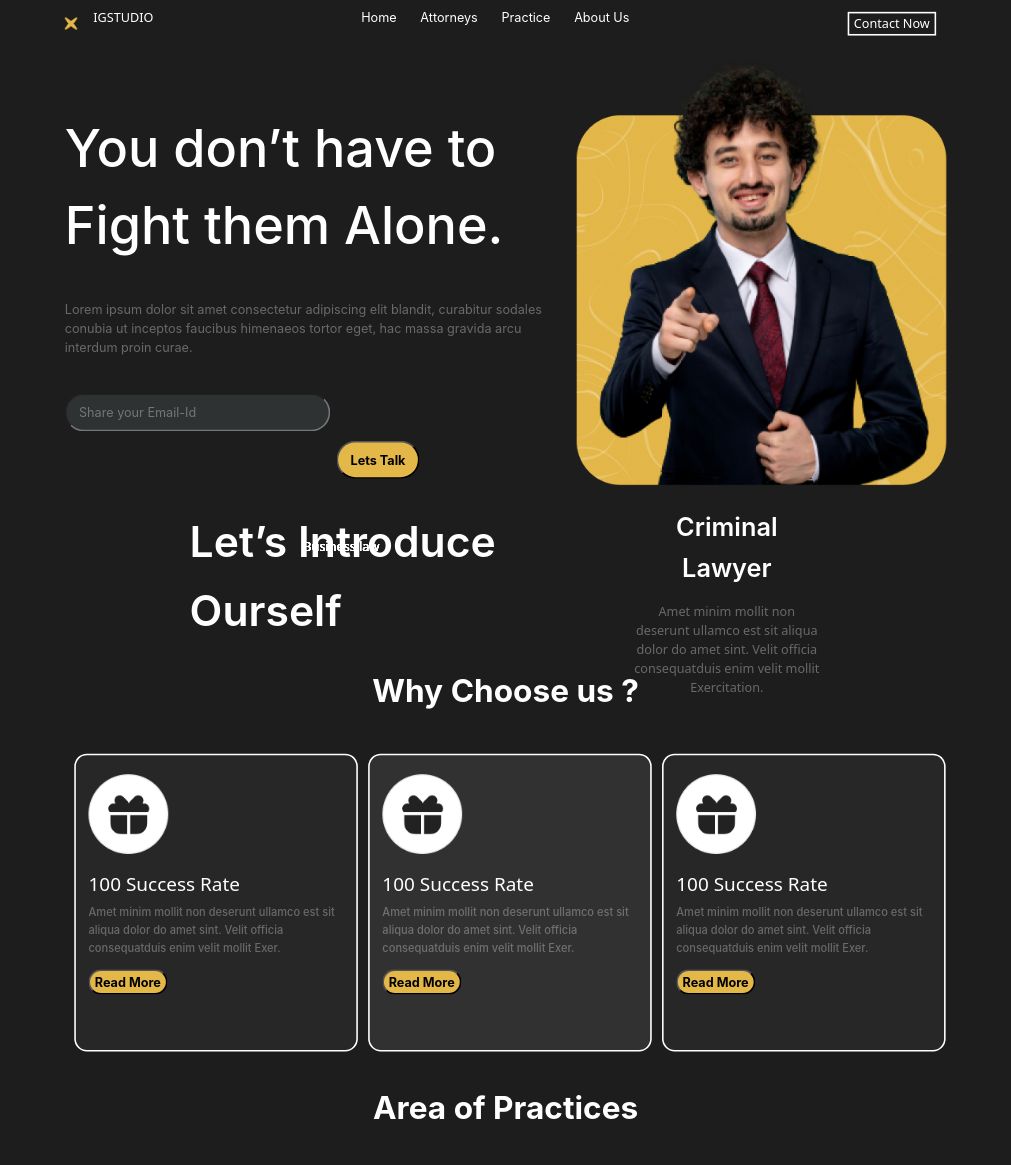
Repository: Senthil-Bala/LawFirm
Page: /
The author's editor kept a copy of each file at every save. The page is drawn from the files as they stood at one save, then again after the next save.
The browser window is 1280 px wide. The pictures show the part of the page from y = 0 to 1475 px (the page is 3939 px tall), at 79% of full size.
Pictures or frames that could not be fetched are drawn as grey boxes. The project was rebuilt for these pictures with package versions that can differ from the ones it lists, and the page was loaded fresh each time. Also part of the build but not shown: src/App.css, src/Components/Frequents/Accordionss.css, src/Components/Frequents/Accordionss.jsx.

Above is the page before, as saved 2023-11-29 18:48:04.

After the next save:
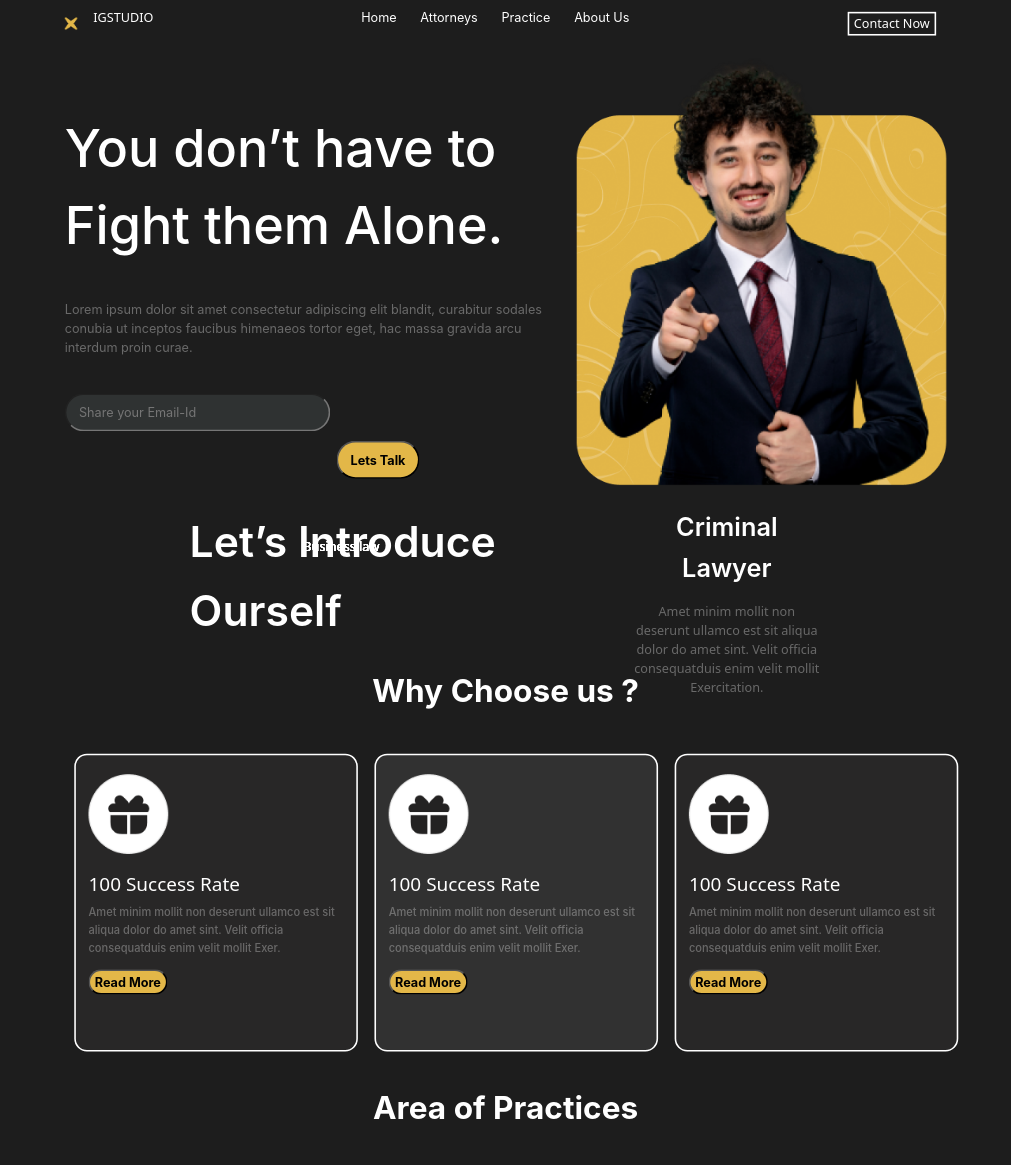
Saved 63 s later.
--- a/src/Components/Box/Boxes.jsx
+++ b/src/Components/Box/Boxes.jsx
@@ -42,7 +42,7 @@ function Boxes() {
 <h1  className="text-center my-5 heading">Why Choose us ?</h1>
 
 <Container>
-<Row className="gx-4 gy-4">
+<Row className="gx-5 gy-4">
         <Col sm={12} md={6} lg={4} >
         <div className="box1 mt-2 mr-2">
           <img src={Box} alt="" className="mt-2" />
